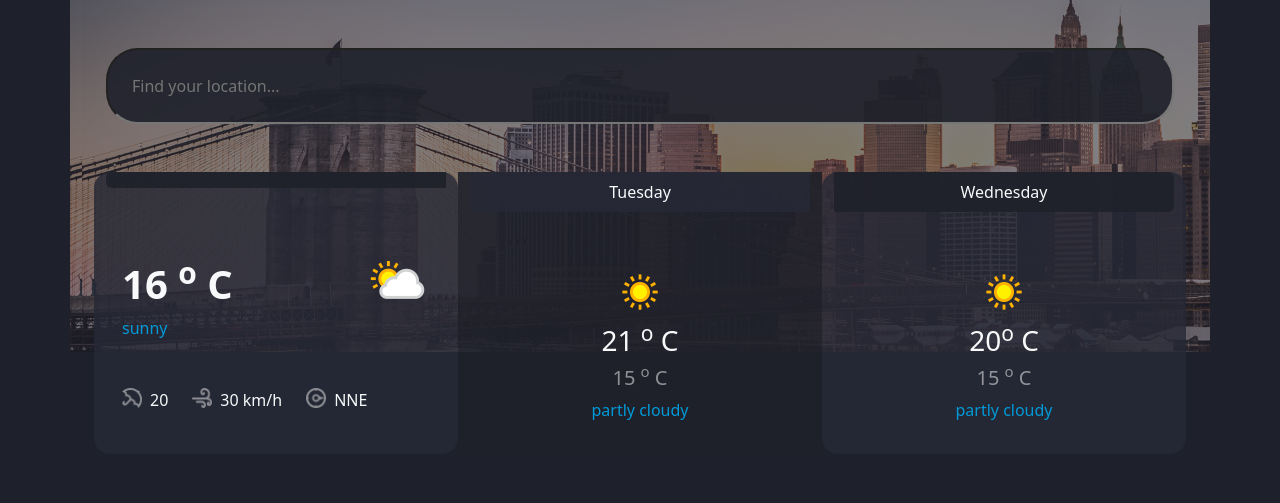
Repository: AmiraNabil97/WeatherApp
Page: index.html
An editor plug-in stored every save of this project. The page is shown before and after the next save, followed by the edit.
The browser window is 1280 px wide. The pictures show the whole page.
The page's requests for data from a server got no answer.

Above is the page before, as saved 2023-08-28 22:38:25.

After the next save:
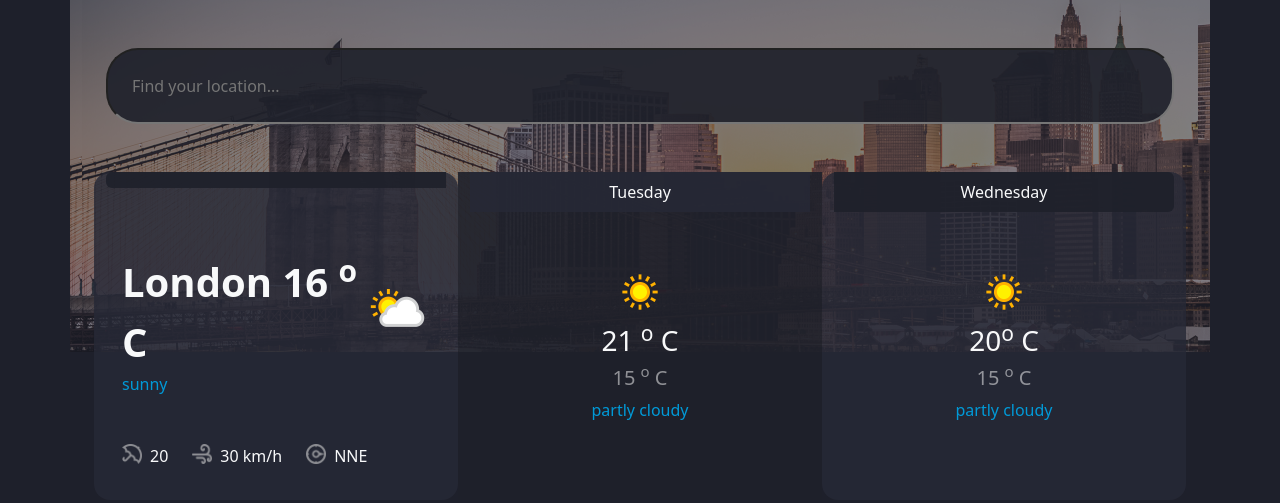
Saved 4 s later.
--- a/index.html
+++ b/index.html
@@ -30,7 +30,7 @@
                             <p id="todayLocation" class="fs-4"></p>
                             <div class="d-flex justify-content-between align-items-center">
                                 <span class="fs-1 fw-bolder">
-                                    <span></span>
+                                    <span>London</span>
 
                                     <span id="today_temp"> 16</span>
                                     <span><sup>o</sup> C</span>

After the 2 saves that followed:
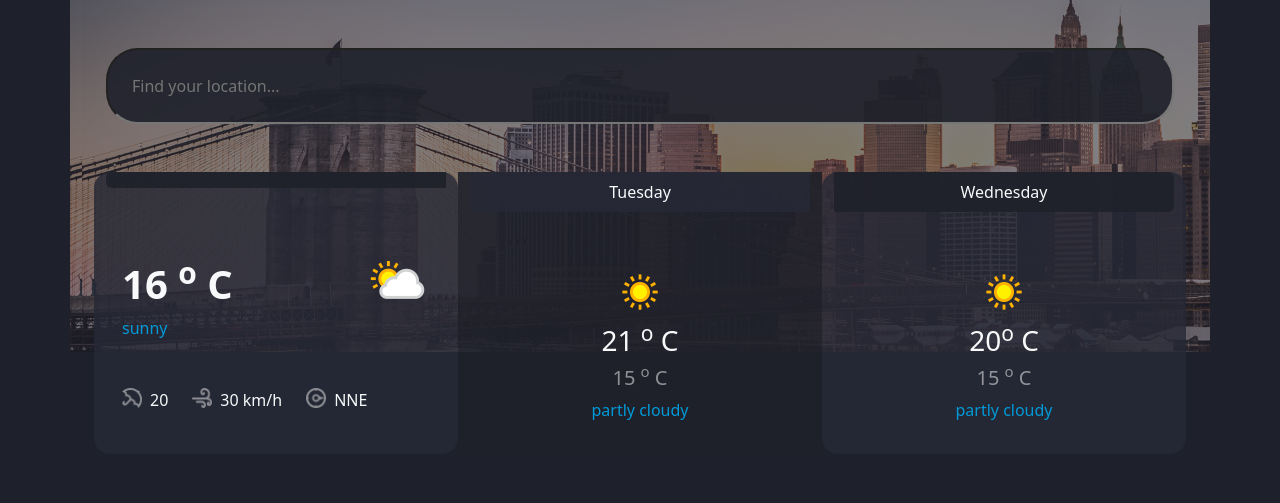
The 2 saves are shown as one change because 1 left the picture as it was.
The last was saved 33 s later.
--- a/index.html
+++ b/index.html
@@ -30,7 +30,6 @@
                             <p id="todayLocation" class="fs-4"></p>
                             <div class="d-flex justify-content-between align-items-center">
                                 <span class="fs-1 fw-bolder">
-                                    <span>London</span>
 
                                     <span id="today_temp"> 16</span>
                                     <span><sup>o</sup> C</span>
